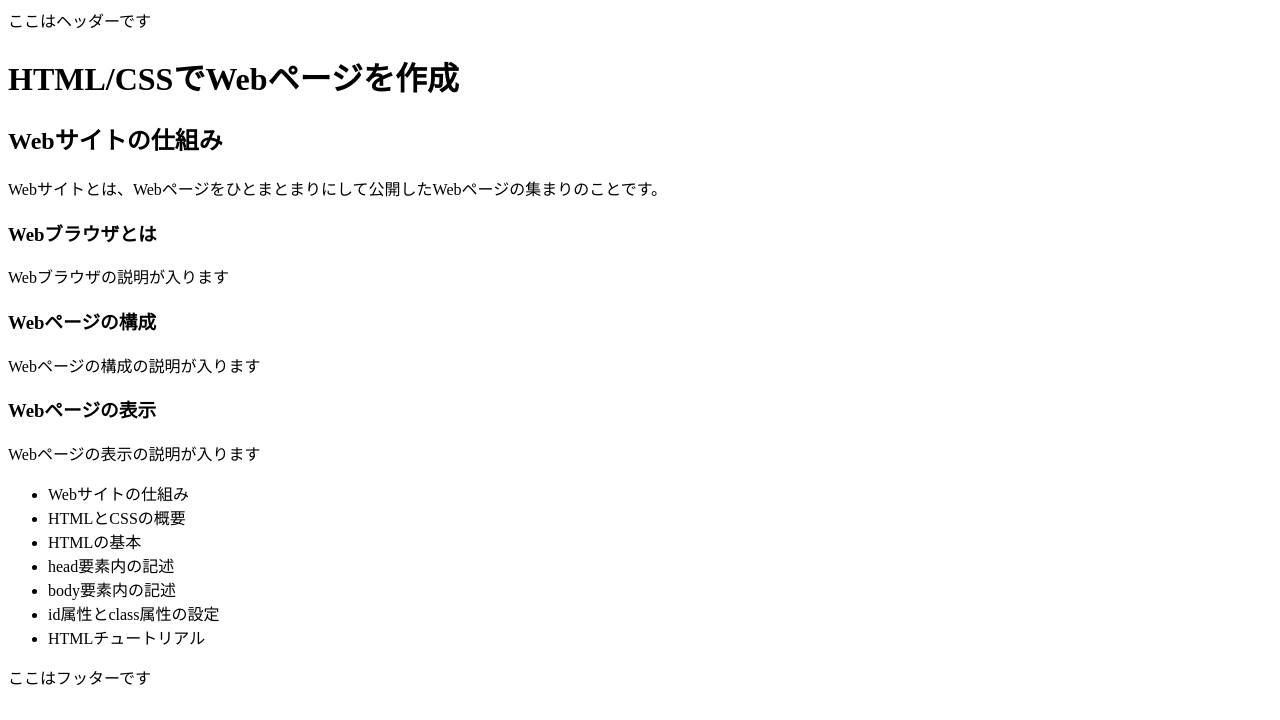
Repository: ryoino789/twitter-clone
Page: HTML&CSS/kadai-html.html
The author's editor kept a record of every edit. The page is drawn from the files as they stood at one moment, then again after the next edit.
The browser window is 1280 px wide. The pictures show the whole page.

Above is the page before.

### HTML&CSS/kadai-html.html
<!DOCTYPE html>
<html lang="ja">
    <head>
        <meta charset="utf-8">
        <title>HTML/CSSでWebページ作成</title>
        <!--<link rel="stylesheet" href="kadai-css.css">-->
    </head>
    <body>
        <header>
            ここはヘッダーです
        </header>
        <div id="wrapper">
            <div id="main">
                <h1>HTML/CSSでWebページを作成</h1>
                <h2>Webサイトの仕組み</h2>
                <p>Webサイトとは、Webページをひとまとまりにして公開したWebページの集まりのことです。</p>
                <h3>Webブラウザとは</h3>
                <p>Webブラウザの説明が入ります</p>
                <h3>Webページの構成</h3>
                <p>Webページの構成の説明が入ります</p>
                <h3>Webページの表示</h3>
                <p>Webページの表示の説明が入ります</p>
            </div>
            <nav id="menu">
                <ul>
                    <li>Webサイトの仕組み</li>
                    <li>HTMLとCSSの概要</li>
                    <li>HTMLの基本</li>
                    <li>head要素内の記述</li>
                    <li>body要素内の記述</li>
                    <li>id属性とclass属性の設定</li>
                    <li>HTMLチュートリアル</li>
                </ul>
            </nav>
        </div>
        <footer>
            ここはフッターです
        </footer>
    </body>
</html>

### HTML&CSS/kadai-css.css

header{
    background-color: #ffcccc;
    width: 1000px;
}

#wrapper{
    width: 1000px;
    display: flex;
    justify-content: flex-start;
}

#main{
    background-color: #ccffcc;
    width: 70%;
}

#menu{
    background-color: #ccccff;
    width: 30%;
}

footer{
    background-color: #ffccff;
    margin: 0;
    width: 1000px;
}

p{
    margin: 0;
}

h1{
    margin-top: 0;
}

After the next edit:
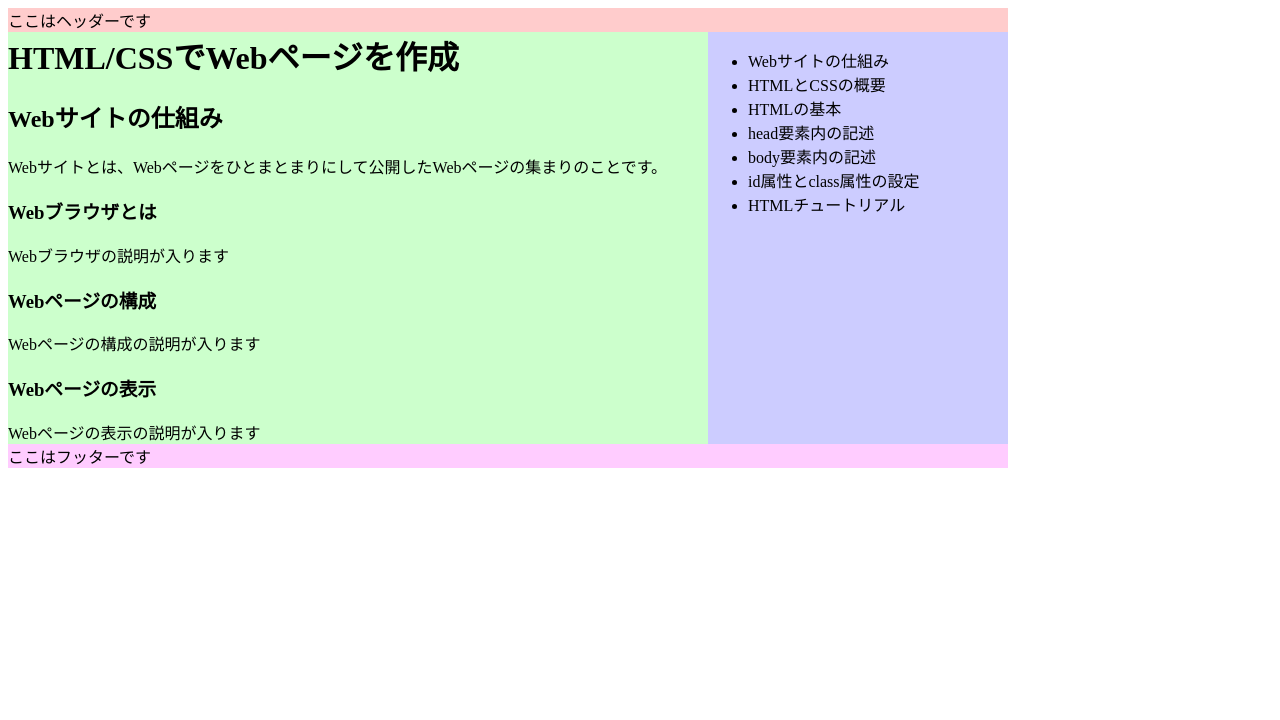
The edit:
--- a/HTML&CSS/kadai-html.html
+++ b/HTML&CSS/kadai-html.html
@@ -3,7 +3,7 @@
     <head>
         <meta charset="utf-8">
         <title>HTML/CSSでWebページ作成</title>
-        <!--<link rel="stylesheet" href="kadai-css.css">-->
+        <link rel="stylesheet" href="kadai-css.css">
     </head>
     <body>
         <header>
